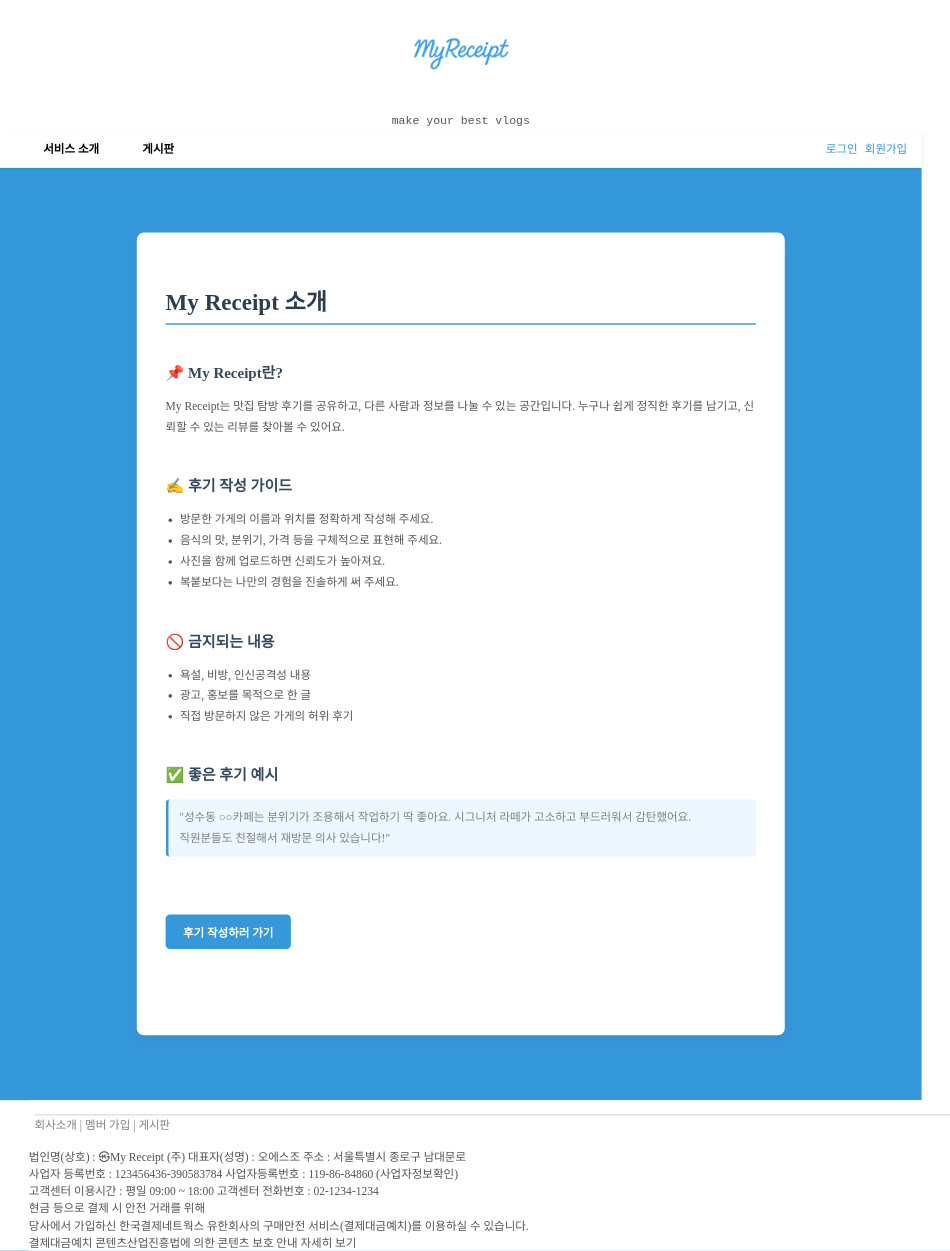
Repository: shong69/mini-project
Page: http://localhost/myReceipt2/intro
The author's editor kept a copy of each file at every save. The page is drawn from the files as they stood at one save, then again after the next save.
The browser window is 1280 px wide. The page is 1320 px wide, so the pictures cover 1320 px, including what lies to the right of the window. The pictures show the whole page, at 72% of full size.
Some web fonts or font styles are not loaded; a fallback is used. The page is served by Tomcat 10.

Above is the page before, as saved 2025-05-07 00:42:53.

After the next save:
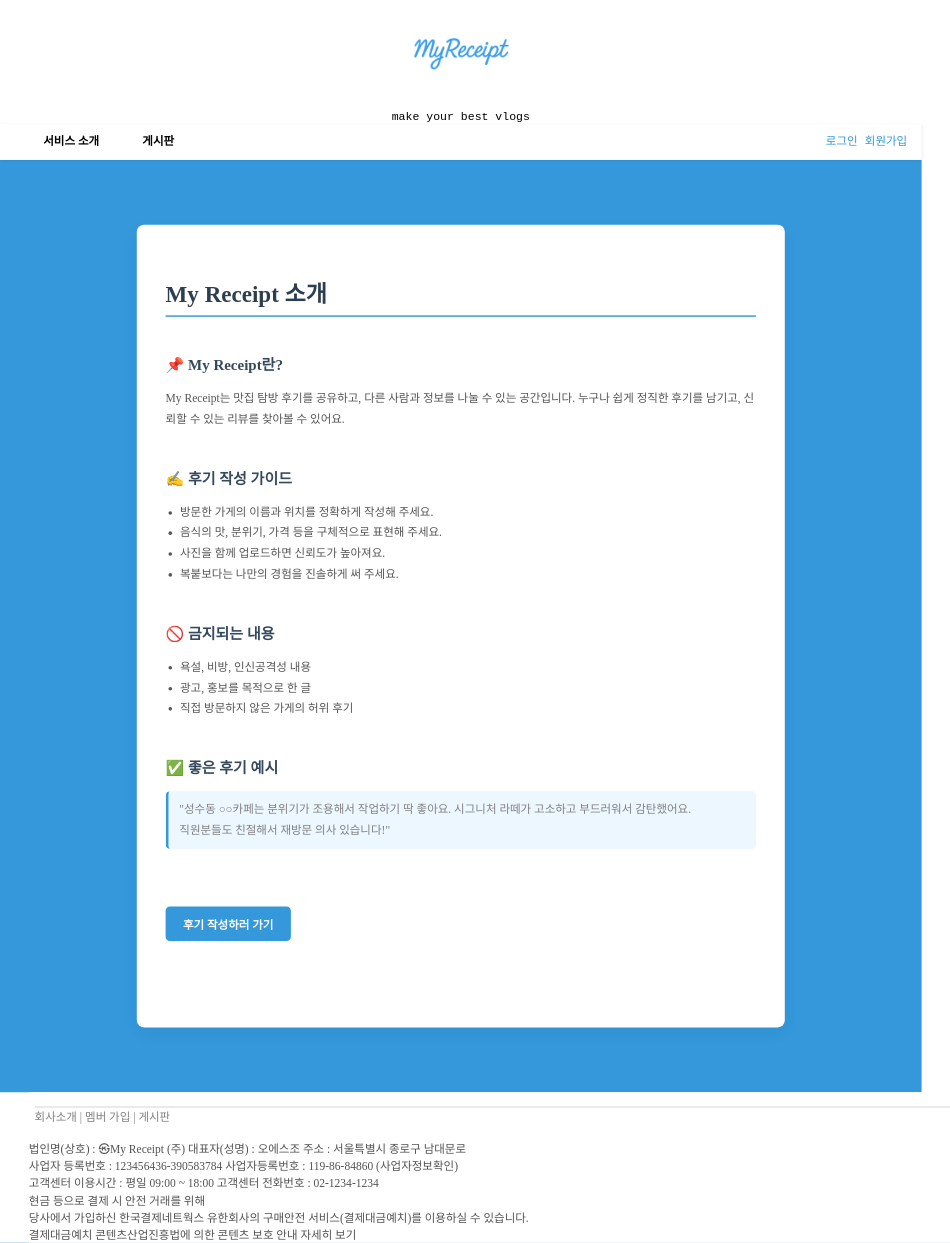
Saved 4 min 5 s later.
--- a/jspProject/myReceipt2/src/main/webapp/WEB-INF/views/intro.jsp
+++ b/jspProject/myReceipt2/src/main/webapp/WEB-INF/views/intro.jsp
@@ -36,7 +36,7 @@
   main section{
   	margin : 50px 0;
   }
-  p, li {
+  .container p, .container li {
     color: #555;
     font-size: 1rem;
     line-height: 1.8;
